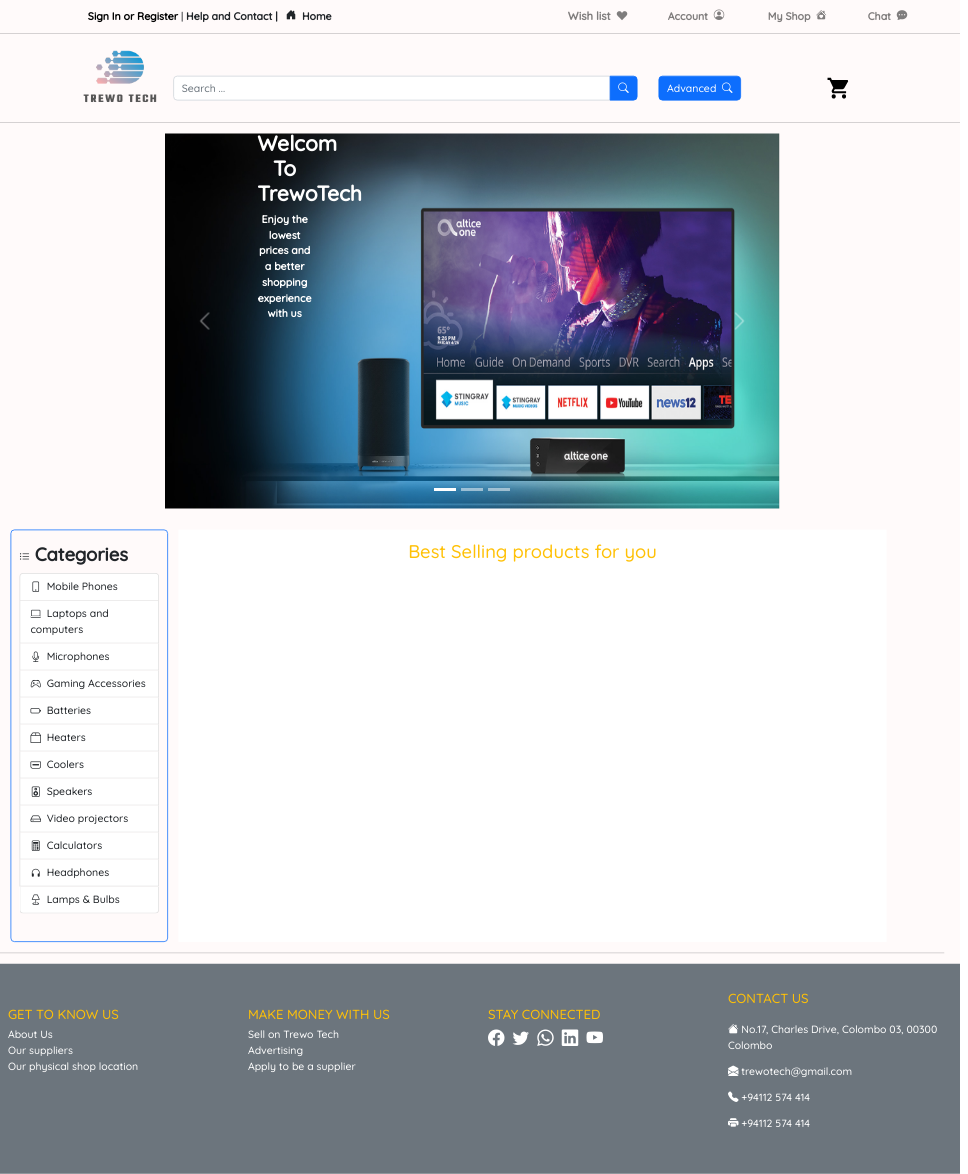
Repository: nethmidinanjana/trewotech
Page: http://localhost/trewotech/home.php
An editor plug-in stored every save of this project. The page is shown before and after the next save, followed by the edit.
The browser window is 1280 px wide. The page is 1280 px wide, then 1291 px, so the pictures cover 1291 px, including what lies to the right of the window. The pictures show the whole page, at 75% of full size.
Some web libraries are served in a nearby version. The page is run by PHP 8.4 with error messages shown; the project is at /var/www/html/. Queries for data that is not in the repository find no rows.

Above is the page before, as saved 2024-12-29 19:43:48.

After the next save:
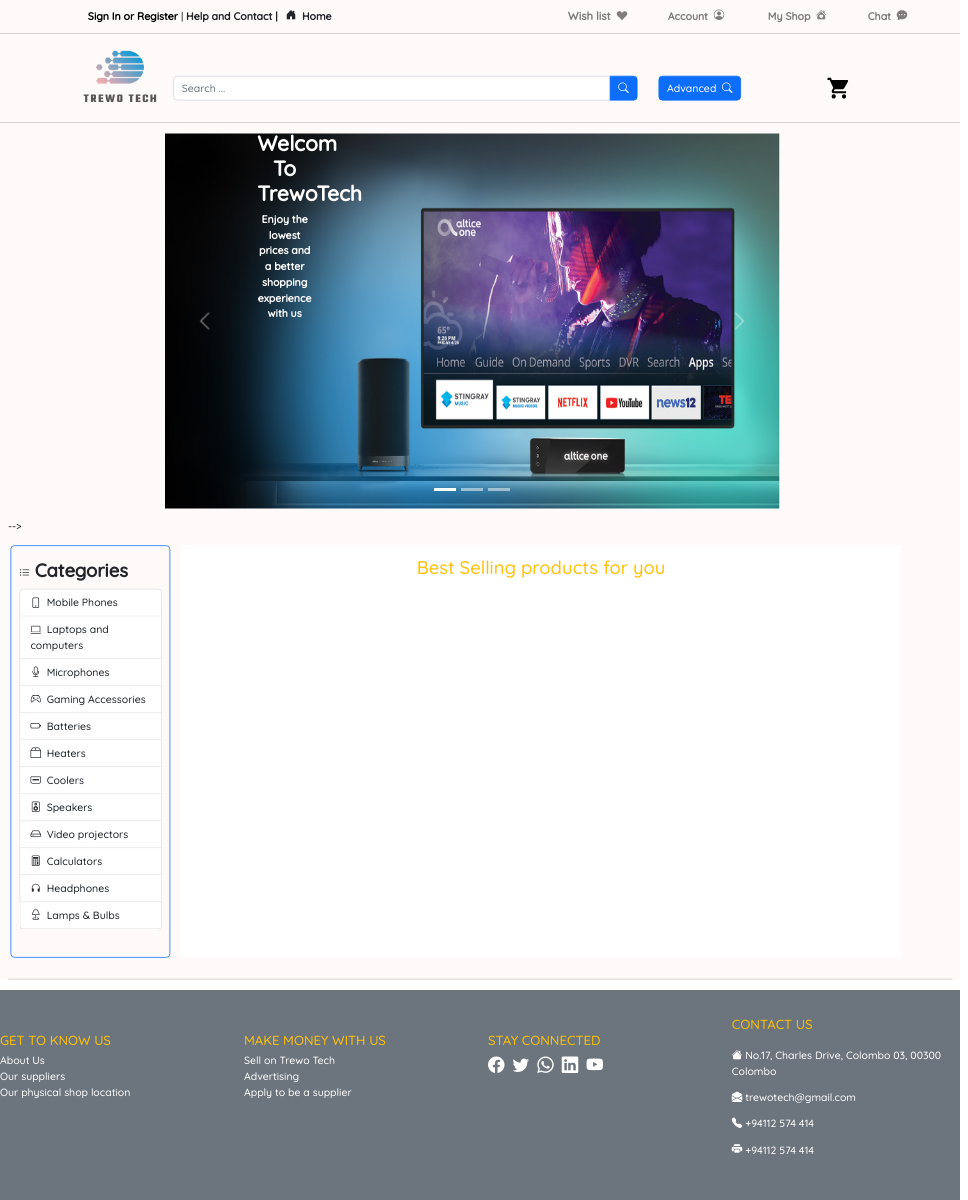
Saved 5 s later.
--- a/home.php
+++ b/home.php
@@ -48,7 +48,7 @@
             <hr>
 
             <div class="row" id="basicSearchResult">
-                <div class="col-12">
+                <!-- <div class="col-12">
                     <div class="row">
 
                         <!-- carousel -->
@@ -92,7 +92,7 @@
                         <!-- carousel -->
 
                     </div>
-                </div>
+                </div> -->
 
                 <div class="col-12">
                     <div class="row">
